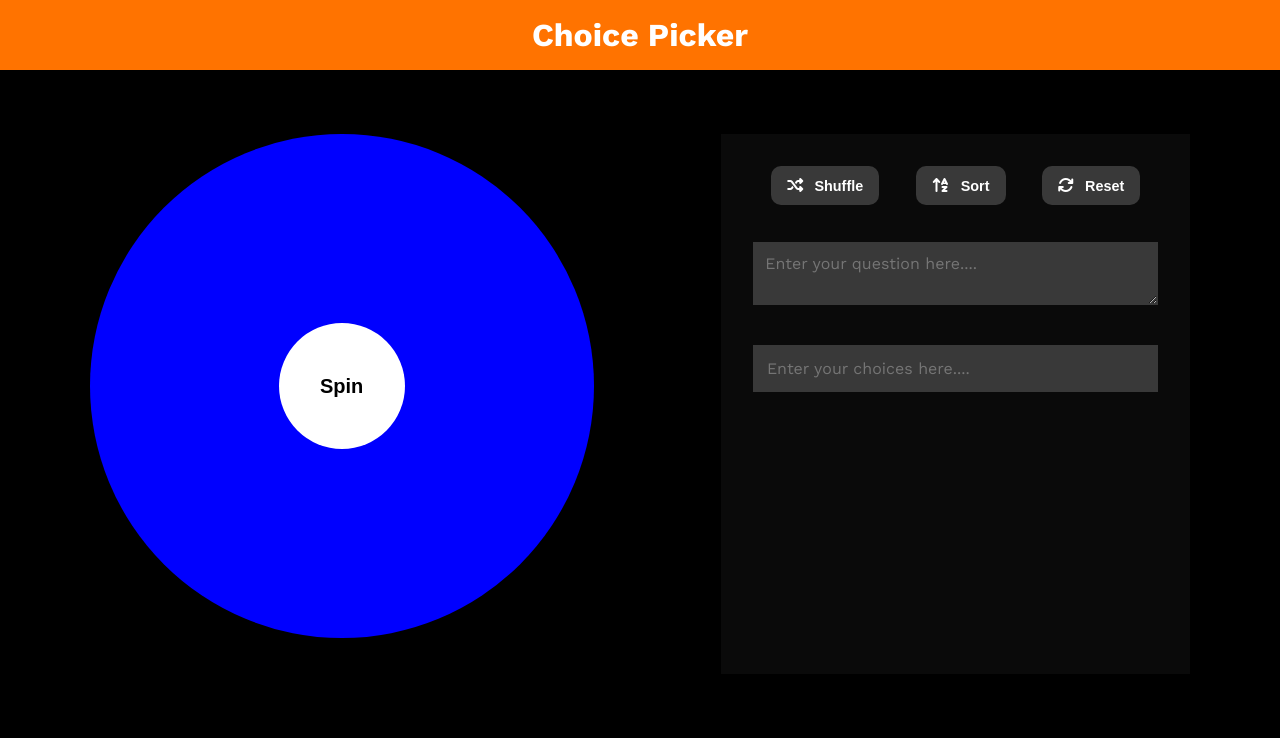
Repository: emiliaiwu/choice_wheel_spinner
Page: index.html
These files come from the project's save history. The page is drawn as it stood at one moment and after the next save; the edit follows.
The browser window is 1280 px wide. The pictures show the whole page.
Some web libraries are served in a nearby version.

Above is the page before, as saved 2023-01-10 04:35:20.

After the next save:
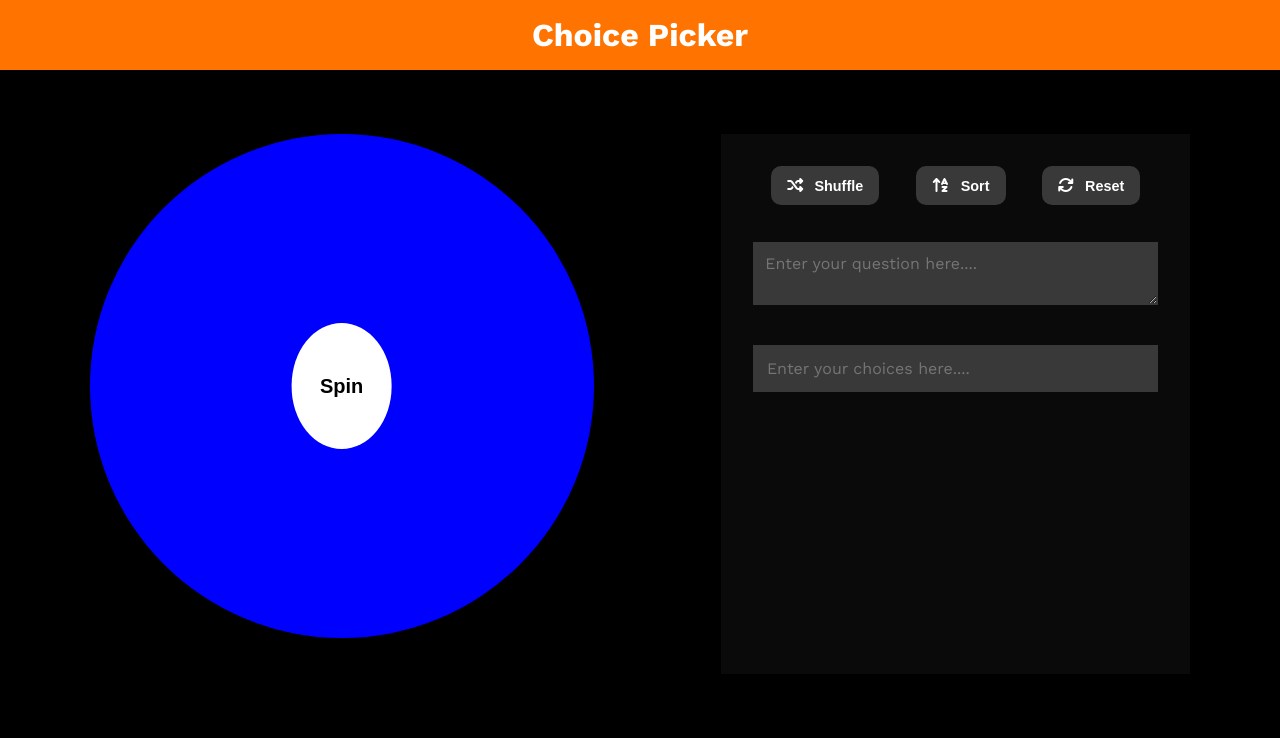
Saved 18 s later.
--- a/style.css
+++ b/style.css
@@ -57,7 +57,7 @@ header,
 }
 
 .spin {
-    width: 25%;
+    width: 20%;
     height: 25%;
     background-color: #FFFFFF;
     position: absolute;
